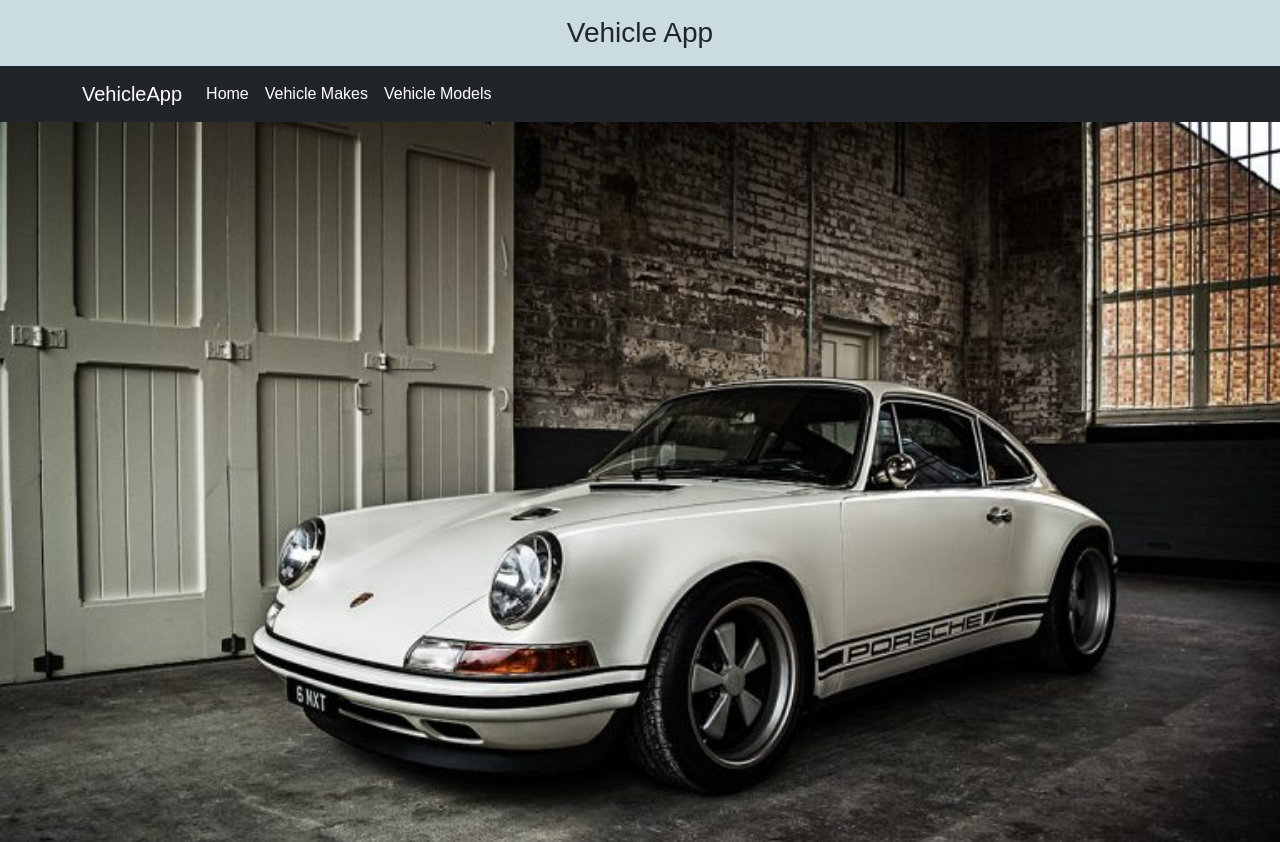
Repository: magdalenarajic/VehicleFrontend
Page: /
These files come from the project's save history. The page is drawn as it stood at one moment and after the next save; the edit follows.
The browser window is 1280 px wide. The pictures show the whole page.
The project was rebuilt for these pictures with package versions that can differ from the ones it lists, and the page was loaded fresh each time. Also part of the build but not shown: src/services/makeService.js, src/stores/makeStore.js, src/components/VehicleMake.js, src/services/modelService.js, src/stores/modelStore.js, src/components/VehicleModel.js.

Above is the page before, as saved 2023-03-10 12:32:32.

After the next save:
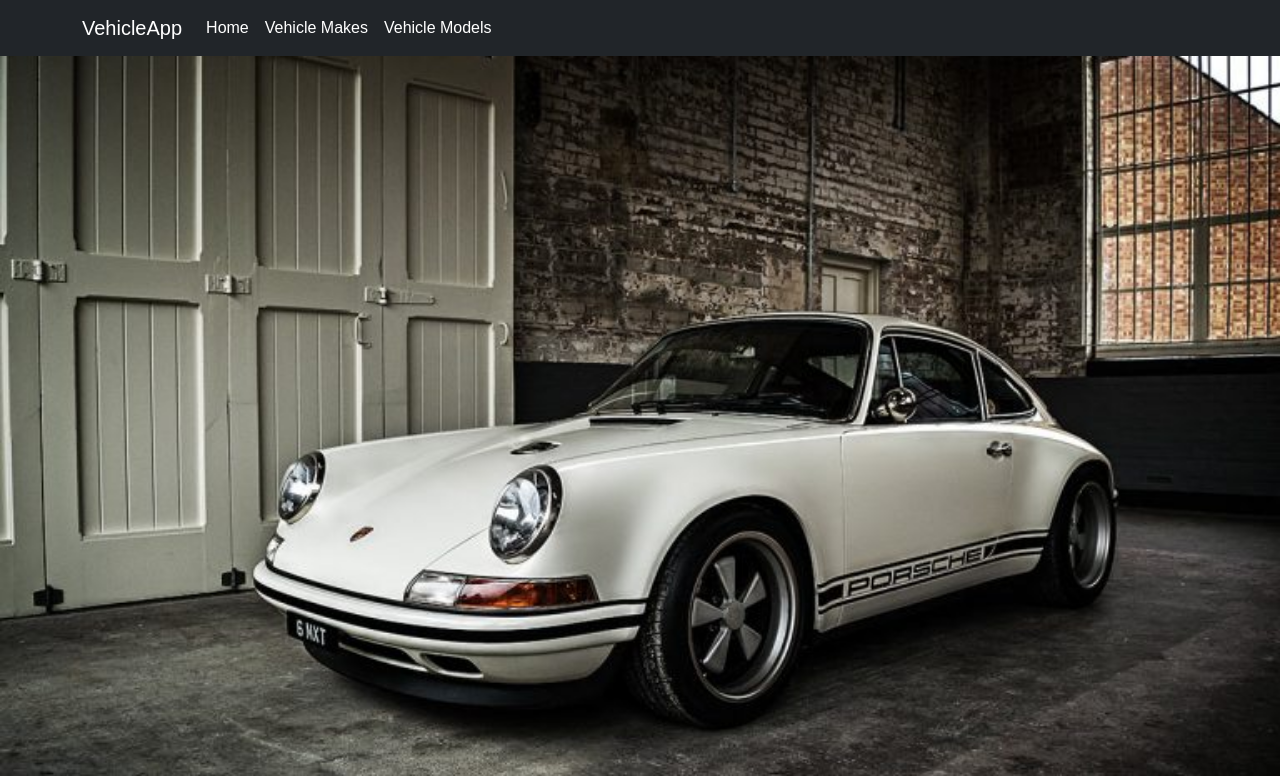
Saved 15 s later.
--- a/src/App.js
+++ b/src/App.js
@@ -11,9 +11,6 @@
     <BrowserRouter>
     <div >
     <header>
-      <h3 className="m-3 d-flex justify-content-center">
-        Vehicle App
-      </h3>
       </header>
       <div>
       <Navigation/>
